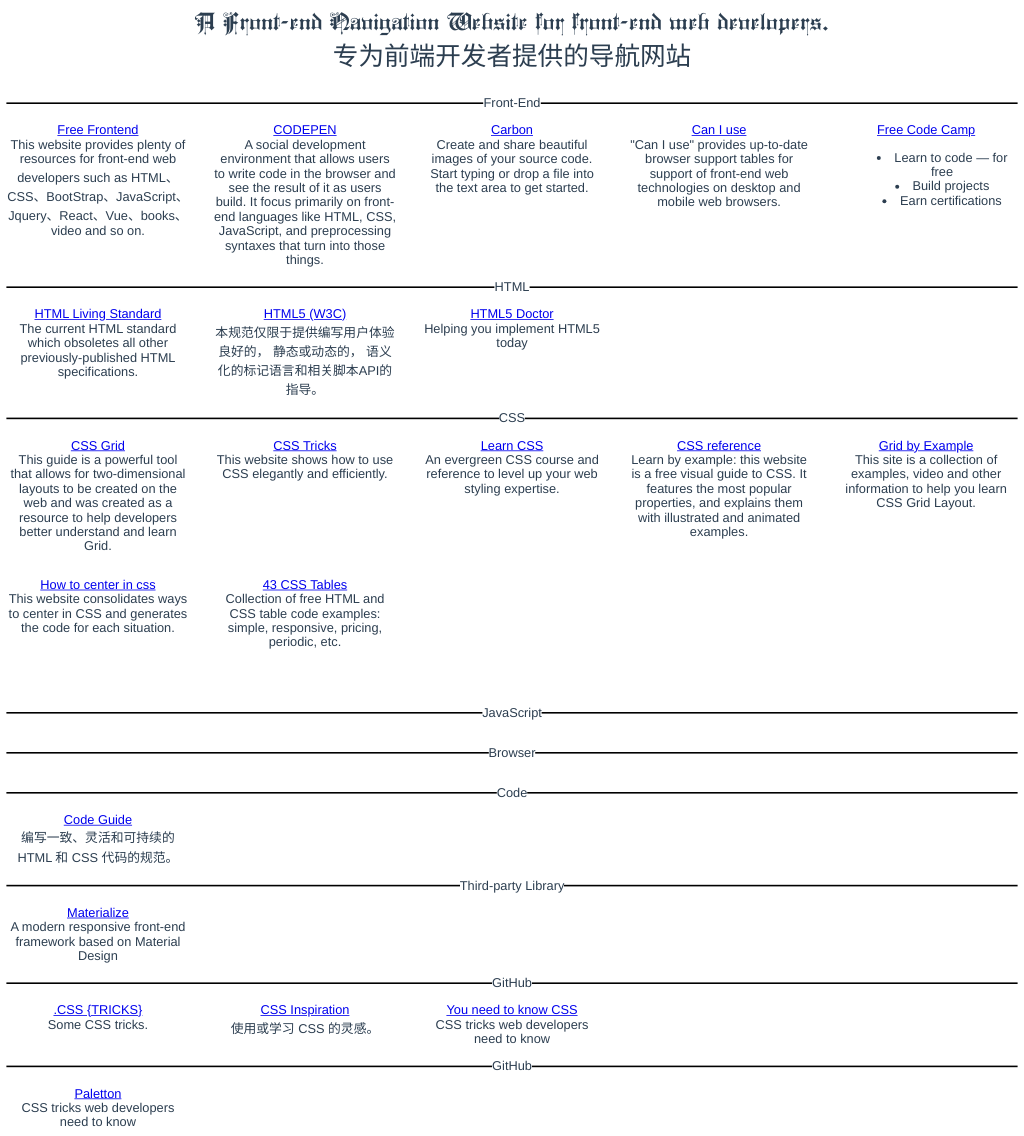
Repository: 321paranoiawhy/fenav.io
Page: /
An editor plug-in stored every save of this project. The page is shown before and after a run of saves, followed by the edit.
The browser window is 1280 px wide. The pictures show the whole page, at 80% of full size.
The project was rebuilt for these pictures with package versions that can differ from the ones it lists, and the page was loaded fresh each time. Also part of the build but not shown: vue.config.js.

Above is the page before, as saved 2022-04-06 01:33:21.

### src/views/HomeView.vue
<template>
    <div class="englishTitle">
        A Front-end Navigation Website for front-end web developers.
    </div>
    <div class="chineseTitle">专为前端开发者提供的导航网站</div>
    <!-- Front-End -->
    <p class="divider">Front-End</p>
    <div id="frontend" class="main">
        <div class="card">
            <a class="url" href="https://freefrontend.com/">Free Frontend</a>
            <div class="description">
                This website provides plenty of resources for front-end web
                developers such as
                HTML、CSS、BootStrap、JavaScript、Jquery、React、Vue、books、video
                and so on.
            </div>
        </div>
        <div class="card">
            <a class="url" href="https://codepen.io/trending">CODEPEN</a>
            <div class="description">
                A social development environment that allows users to write code
                in the browser and see the result of it as users build. It focus
                primarily on front-end languages like HTML, CSS, JavaScript, and
                preprocessing syntaxes that turn into those things.
            </div>
        </div>
        <div class="card">
            <a class="url" href="https://carbon.now.sh/">Carbon</a>
            <div class="description">
                Create and share beautiful images of your source code. Start
                typing or drop a file into the text area to get started.
            </div>
        </div>
        <div class="card">
            <a class="url" href="https://caniuse.com/">Can I use</a>
            <div class="description">
                "Can I use" provides up-to-date browser support tables for
                support of front-end web technologies on desktop and mobile web
                browsers.
            </div>
        </div>
        <div class="card">
            <a class="url" href="https://www.freecodecamp.org/"
                >Free Code Camp</a
            >
            <div class="description">
                <ul>
                    <li>Learn to code — for free</li>
                    <li>Build projects</li>
                    <li>Earn certifications</li>
                </ul>
            </div>
        </div>
    </div>
    <!-- HTML -->
    <p class="divider">HTML</p>
    <div id="HTML" class="main">
        <div class="card">
            <a class="url" href="https://html.spec.whatwg.org/"
                >HTML Living Standard</a
            >
            <div class="description">
                The current HTML standard which obsoletes all other
                previously-published HTML specifications.
            </div>
        </div>
        <div class="card">
            <a class="url" href="https://www.w3.org/html/ig/zh/wiki/HTML5"
                >HTML5 (W3C)</a
            >
            <div class="description">
                本规范仅限于提供编写用户体验良好的， 静态或动态的，
                语义化的标记语言和相关脚本API的指导。
            </div>
        </div>
        <div class="card">
            <a class="url" href="http://html5doctor.com/">HTML5 Doctor</a>
            <div class="description">Helping you implement HTML5 today</div>
        </div>
    </div>
    <!-- CSS -->
    <p class="divider">CSS</p>
    <div id="CSS" class="main">
        <div id="grid" class="card">
            <a class="url" href="https://learncssgrid.com/">CSS Grid</a>
            <div class="description">
                This guide is a powerful tool that allows for two-dimensional
                layouts to be created on the web and was created as a resource
                to help developers better understand and learn Grid.
            </div>
        </div>
        <div id="tricks" class="card">
            <a class="url" href="https://css-tricks.com/">CSS Tricks</a>
            <div class="description">
                This website shows how to use CSS elegantly and efficiently.
            </div>
        </div>
        <div id="learn" class="card">
            <a class="url" href="https://web.dev/learn/css/">Learn CSS</a>
            <div class="description">
                An evergreen CSS course and reference to level up your web
                styling expertise.
            </div>
        </div>
        <div id="reference" class="card">
            <a class="url" href="https://cssreference.io/">CSS reference</a>
            <div class="description">
                Learn by example: this website is a free visual guide to CSS. It
                features the most popular properties, and explains them with
                illustrated and animated examples.
            </div>
        </div>
        <div id="grid" class="card">
            <a class="url" href="https://gridbyexample.com/">Grid by Example</a>
            <div class="description">
                This site is a collection of examples, video and other
                information to help you learn CSS Grid Layout.
            </div>
        </div>
        <div id="center in css" class="card">
            <a class="url" href="http://howtocenterincss.com/"
                >How to center in css</a
            >
            <div class="description">
                This website consolidates ways to center in CSS and generates
                the code for each situation.
            </div>
        </div>
        <div id="table" class="card">
            <a
                class="url"
                href="https://freefrontend.com/css-tables/#pricing-tables"
                >43 CSS Tables</a
            >
            <div class="description">
                Collection of free HTML and CSS table code examples: simple,
                responsive, pricing, periodic, etc.
            </div>
        </div>
    </div>
    <!-- JavaScript -->
    <p class="divider">JavaScript</p>
    <div id="JavaScript" class="main"></div>
    <!-- Browser -->
    <p class="divider">Browser</p>
    <div id="Browser" class="main"></div>
    <!-- Code -->
    <p class="divider">Code</p>
    <div id="Code" class="main">
        <div class="card">
            <a class="url" href="https://codeguide.bootcss.com/">Code Guide</a>
            <div class="description">
                编写一致、灵活和可持续的 HTML 和 CSS 代码的规范。
            </div>
        </div>
    </div>
    <!-- Third-party Library -->
    <p class="divider">Third-party Library</p>
    <div id="Code" class="main">
        <div id="tricks" class="card">
            <a class="url" href="https://materializecss.com/">Materialize</a>
            <div class="description">
                A modern responsive front-end framework based on Material Design
            </div>
        </div>
    </div>
    <!-- GitHub -->
    <p class="divider">GitHub</p>
    <div id="GitHub" class="main">
        <div id="tricks" class="card">
            <a class="url" href="https://github.com/QiShaoXuan/css_tricks"
                >.CSS {TRICKS}</a
            >
            <div class="description">Some CSS tricks.</div>
        </div>
        <div id="Inspiration" class="card">
            <a class="url" href="https://github.com/chokcoco/CSS-Inspiration"
                >CSS Inspiration</a
            >
            <div class="description">使用或学习 CSS 的灵感。</div>
        </div>
        <div id="" class="card">
            <a
                class="url"
                href="https://github.com/l-hammer/You-need-to-know-css"
                >You need to know CSS</a
            >
            <div class="description">
                CSS tricks web developers need to know
            </div>
        </div>
    </div>
    <!-- Color -->
    <p class="divider">GitHub</p>
    <div id="Code" class="main">
        <div id="" class="card">
            <a
                class="url"
                href="https://paletton.com/#uid=1000u0kllllaFw0g0qFqFg0w0aF"
                >Paletton</a
            >
            <div class="description">
                CSS tricks web developers need to know
            </div>
        </div>
    </div>
</template>

<script>
// @ is an alias to /src
export default {
    name: "Home",
    components: {},
};
</script>

<style scoped lang="scss">
@font-face {
    font-family: KingsCross;
    src: url(/public/fonts/KingsCross.ttf);
}
@font-face {
    font-family: NotoSansSC-Regular;
    src: url(/public/fonts/NotoSansSC-Regular.otf);
}
.englishTitle {
    font-family: KingsCross;
    font-size: 32px;
}
.chineseTitle {
    font-family: NotoSanSC-Regular;
    font-size: 32px;
    margin-bottom: 30px;
}
.main {
    display: grid;
    grid-template-columns: repeat(5, 1fr);
    grid-auto-rows: 1fr;
    grid-gap: 30px;
}
// 水平分割线 中间带文字
p {
    display: flex;
}
p:before,
p:after {
    content: "";
    flex: 1 1 0;
    border-bottom: 2px solid #000;
    margin: auto;
}
// ul
ul li {
  list-style-position: inside;
  text-align: center;
}
</style>

Loaded but not shown: public/index.html (common file); src/main.js (common file); src/App.vue (common file); src/router/index.js (common file); src/store/index.js (common file)

After the next 3 saves:
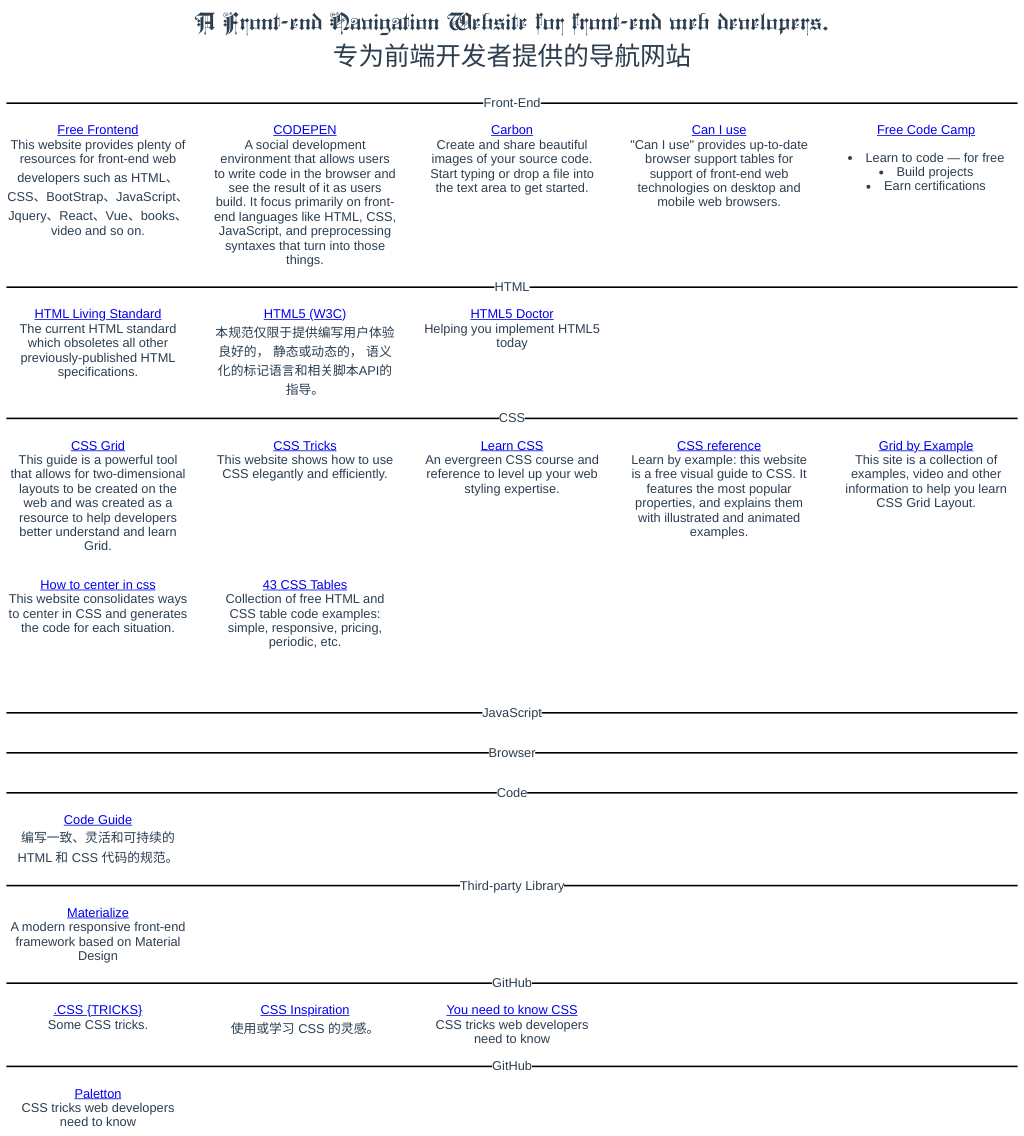
The 3 saves are shown as one change because they came seconds apart.
The last was saved 42 s later.
--- a/src/views/HomeView.vue
+++ b/src/views/HomeView.vue
@@ -250,6 +250,9 @@
     margin: auto;
 }
 // ul
+ul {
+  padding: 0;
+}
 ul li {
   list-style-position: inside;
   text-align: center;
